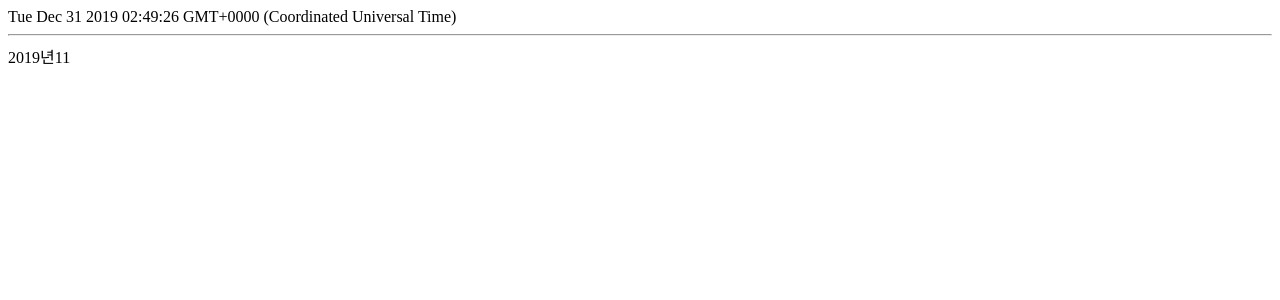
Repository: insunkang/JSP
Page: clientweb/WebContent/js_basic/js_date_exam.html
These files come from the project's save history. The page is drawn as it stood at one moment and after the next save; the edit follows.
The browser window is 1280 px wide. The pictures show the whole page.

Above is the page before, as saved 2020-01-07 07:27:14.

After the next save:
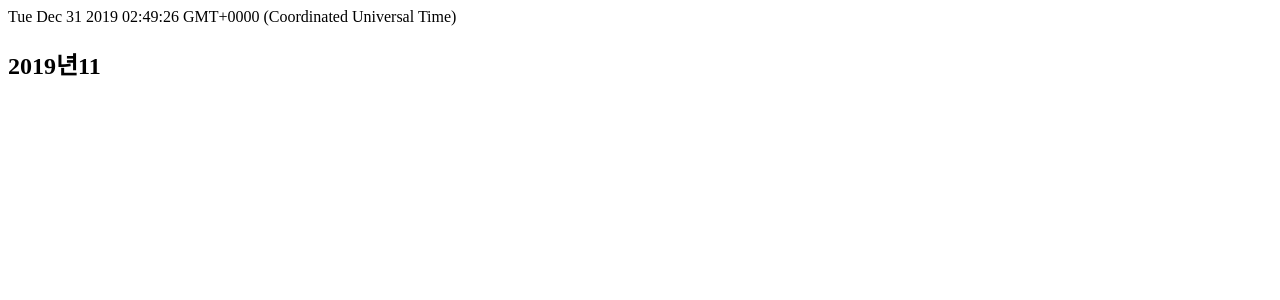
Saved 15 s later.
--- a/clientweb/WebContent/js_basic/js_date_exam.html
+++ b/clientweb/WebContent/js_basic/js_date_exam.html
@@ -11,7 +11,7 @@
 		document.write(today);
 		str =today.getFullYear() +"년";
 		str =str+today.getMonth();
-		document.write("<hr>"+str+"</hr>");
+		document.write("<h2>"+str+"</h2>");
 	</script>
 </body>
 </html>
